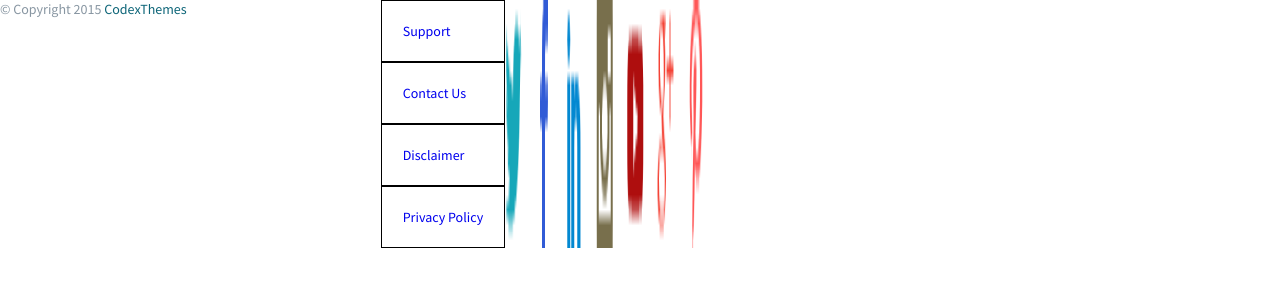
Repository: flylessbird/shop_cart
Page: html/footer.html
An editor plug-in stored every save of this project. The page is shown before and after a run of saves, followed by the edit.
The browser window is 1280 px wide. The pictures show the whole page.
The style sheet was rebuilt from its Sass, Less or Tailwind sources for each picture, by a compiler version that may differ from the author's.

Above is the page before, as saved 2022-05-10 15:35:32.

### html/footer.html
<!DOCTYPE html>
<html lang="en">
  <head>
    <meta charset="UTF-8" />
    <meta http-equiv="X-UA-Compatible" content="IE=edge" />
    <meta name="viewport" content="width=device-width, initial-scale=1.0" />
    <title>Document</title>
    <link
      href="https://fonts.googleapis.com/css2?family=Montserrat:wght@200;700&family=Source+Sans+Pro:wght@300;400&display=swap"
      rel="stylesheet"
    />
    <link rel="stylesheet" href="/css/footer.css" />
  </head>
  <body>
    <footer class="ft">
      <div class="text">
        <span class="copy">&copy; Copyright 2015</span>
        <span class="theme">CodexThemes</span>
      </div>
      <ul class="ft_option">
        <li><a href="#">support</a></li>
        <li><a href="#">contact us</a></li>
        <li><a href="#">disclaimer</a></li>
        <li><a href="#">privacy policy</a></li>
      </ul>
      <img src="/img/social.png" alt="" />
    </footer>
  </body>
</html>

### css/footer.scss
@import "reset";
@import "var";
@import "mixin";
.ft {
  display: flex;
  font-size: 14px;

  .text {
    .copy {
      color: $grey_copy;
    }
    .theme {
      color: $blue_theme;
    }
  }
  .ft_option {
    margin-left: 194px;
    color: $grey_ava;
    li {
      padding: 21px;
      border: 1px solid #000;
      list-style-type: none;
      &:not(:nth-child(4)) {
        // border-right: 1px solid $grey_ava;
      }
      a {
        text-decoration: none;
      }
    }
  }
  img {
    // margin-left: ;
  }
}

### css/_reset.scss
* {
  box-sizing: border-box;
  margin: 0;
  padding: 0;
}
body {
  text-transform: capitalize;
  font-size: 16px;
  font-family: "Source Sans Pro", sans-serif;
}
h2 {
  font-family: "Montserrat", sans-serif;
  font-weight: 200;
  font-size: 36px;
  text-transform: uppercase;
  margin-bottom: 55px;
}

### css/_var.scss
$blue: #00bcd4;
$blue_theme: #0d6578;
$grey_nav: #3c3950;
$grey_bd: #dfe5e8;
$grey_bg_total: #f0f3f2;
$grey_text_total: #72838e;
// $grey_input_total: #b6c6c9;
$grey_input_ship: #adbac4;
$grey_card_text: #b4bdc3;
$grey_radio: #b6c6c9;
$grey_square: #f0f3f2;
$grey_ava: #99a9b5;
$grey_copy: #8896a2;
$white: white;
$black: #393d50;
$red: red;
$grey_info: #cfd7dc;
$grey_price: #cbcad0;
$grey_item: #afb9be;
$grey_bg_input: #f5f7f6;
$blue_hover: #3498db;

### css/_mixin.scss
@mixin circle($s) {
  width: $s;
  height: $s;
  border-radius: 50%;
}

After the next 4 saves:
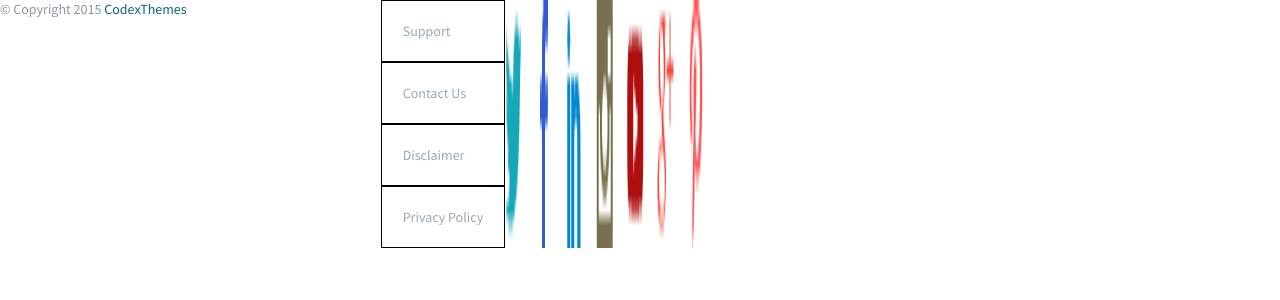
The 4 saves are shown as one change because they came seconds apart.
The last was saved 44 s later.
--- a/css/footer.scss
+++ b/css/footer.scss
@@ -24,6 +24,8 @@
         // border-right: 1px solid $grey_ava;
       }
       a {
+        color: $grey_ava;
+
         text-decoration: none;
       }
     }
